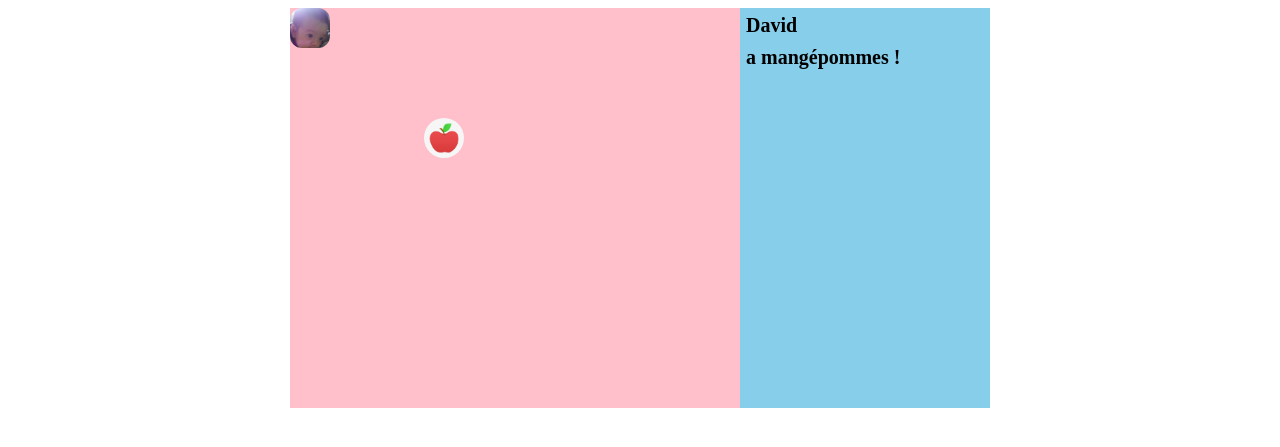
Repository: clairedupuich/kong_jian
Page: snake_game/snake.html
An editor plug-in stored every save of this project. The page is shown before and after the next save, followed by the edit.
The browser window is 1280 px wide. The pictures show the whole page.

Above is the page before, as saved 2020-12-18 15:08:49.

### snake_game/snake.html
<!DOCTYPE html>
<html lang="en">
<head>
    <meta charset="UTF-8">
    <meta name="viewport" content="width=device-width, initial-scale=1.0">
    <title>snake</title>
    <link rel='stylesheet' href='snake.css' />
</head>
<body>

    <div class="face">
        <!-- 小蛇移动的操场 -->
        <div id="playground">
            <!-- 食物 界面中的蓝色小方块-->
            <div id="food"></div>
            <!-- 小蛇 界面中的红色小方块-->
            <div id="snack"></div>
        </div>
        <!-- 计算得分 -->
        <div class="menu">
            <div>David <br> a mangé<span id="score"></span>pommes !</div>
        </div>
    </div>



    <script type='text/javascript' src='snake.js'></script>
</body>
</html>

### snake_game/snake.css
.face{
    height: 400px;
    width: 700px;
    margin-left: auto;
    margin-right: auto;
    position: relative;
    background-color: pink;
}
#playground{
    height: 400px;
    width: 450px;
    float: left;
    position: relative;
}
.menu{
    padding: 6px;
    height: 388px;
    width: 238px;
    float: left;
    background-color: skyblue;
}
#snack{
    height: 40px;
    width: 40px;
   /*  background-color: red; */
    background-image: url(img/game_snake.png);
    background-position: center;
    background-size: cover;
    border-radius: 30%;
    position: absolute;
    left: 0px;
    top:0px;
}
#food{
    height: 40px;
    width: 40px;
   /*  background: blue; */
   background-image: url(img/téléchargement.jpeg);
   border-radius: 50%;
    background-position: center;
    background-size: cover;
    position: absolute;
}
.body{
    height: 20px;
    width: 20px;
    background: green;
    border-radius: .3em;
    position: absolute;
    left: 0px;
    top:0px;
}
#score{
    font-size: 30px;
    font-weight: bold;
    color: red;
}
.menu div{
    font-size: 20px;
    font-weight: bold;
}

作者：IT程序狮
链接：https://juejin.cn/post/6844903459297181703
来源：掘金
著作权归作者所有。商业转载请联系作者获得授权，非商业转载请注明出处。

### snake_game/snake.js
//获取元素节点
var jsDiv = document.getElementById("playground");
var jsSnack = document.getElementById("snack");
var jsStart = document.getElementById("start");
var jsFood = document.getElementById("food");
var jsBody = document.getElementById("playground");
var jsScore = document.getElementById("score");
//设置全局变量
var timer;//创建定时器为全局变量
var timer1 = setInterval(eat,10);//检测位置碰撞，并且吃掉食物；
var srr = [];//记录蛇行动的位置
var num = 0 ;//记录数组的长度
var jsSnackBody ;//么米吃掉一个食物，蛇的身体

    //开始游戏
    document.onkeydown = function(e){
        var evt = e || window.event;
            switch(evt.keyCode) {
            //向左移动
            case 37:
                clearInterval(timer);
                timer=window.setInterval(runLeft,10)
                function runLeft(){
                    if (jsSnack.offsetLeft > 0) {
                        jsSnack.style.left = jsSnack.offsetLeft - 1+ "px";
                        jsSnack.style.top = jsSnack.offsetTop + "px";
                        //记录小蛇的位置
                        srr.push([jsSnack.offsetLeft, jsSnack.offsetTop]);
                        num++;//记录数组的长度
                    }
                }
            break;
            //向上移动
            case 38:
                clearInterval(timer);
                timer=window.setInterval(runTop,10);
                function runTop(){
                    if (jsSnack.offsetTop > 0) {
                        jsSnack.style.top = jsSnack.offsetTop - 1 + "px";
                        jsSnack.style.left = jsSnack.offsetLeft + "px";
                        //记录小蛇的位置
                        srr.push([jsSnack.offsetLeft, jsSnack.offsetTop]);
                        num++;//记录数组的长度
                    }
                }

            break;
            //向右移动
            case 39:
                clearInterval(timer);
                timer=window.setInterval(runRight,10);
                function runRight(){
                    if (jsSnack.offsetLeft + jsSnack.offsetWidth <= 450) {
                        jsSnack.style.left = jsSnack.offsetLeft + 1 + "px";
                        jsSnack.style.top = jsSnack.offsetTop + "px";
                        //记录小蛇的位置
                        srr.push([jsSnack.offsetLeft, jsSnack.offsetTop]);
                        num++;//记录数组的长度
                    }
                }
            break;
            //向下移动
            case 40:
                clearInterval(timer);
                timer=window.setInterval(runBottom,10);
                function runBottom(){
                    if (jsSnack.offsetTop + jsSnack.offsetHeight <= 400) {
                        jsSnack.style.top = jsSnack.offsetTop + 1 + "px";
                        jsSnack.style.left = jsSnack.offsetLeft + "px";
                        //记录小蛇的位置
                        srr.push([jsSnack.offsetLeft, jsSnack.offsetTop]);
                        num++;//记录数组的长度
                    }
                }
            break;
        }
    }

        //食物随机出现
        function Pos(){
            jsFood.style.left=parseInt(Math.random() * (430 - 20 + 1) + 20) + "px";
            jsFood.style.top=parseInt(Math.random() * (380 - 20 + 1) + 20) + "px";
        }
        Pos();

        function eat(){
            rectangleCrashExamine(jsSnack,jsFood);
            function rectangleCrashExamine(obj1, obj2) {
                var obj1Left = obj1.offsetLeft;
                var obj1Width = obj1.offsetLeft + obj1.offsetWidth;
                var obj1Top = obj1.offsetTop;
                var obj1Height = obj1.offsetTop + obj1.offsetHeight;
                var obj2Left = obj2.offsetLeft;
                var obj2Width = obj2.offsetLeft + obj2.offsetWidth;
                var obj2Top = obj2.offsetTop;
                var obj2Height = obj2.offsetTop + obj2.offsetHeight;
                //检测碰撞
                //碰撞检测原理：
                    //蛇在实物的左边、右边、上边、下边的时候，说明没有发生碰撞，那么我们取反，就说明发生碰撞
                if ( !(obj1Left > obj2Width || obj1Width < obj2Left || obj1Top > obj2Height || obj1Height < obj2Top) ) {
                    //碰撞后身体
                    jsSnackBody = document.createElement("div");
                    jsSnackBody.setAttribute("class","body");
                    jsBody.appendChild(jsSnackBody);
                    Pos();//怪物的位置随机变换
                    setInterval(follow,10);//身体跟随的定时器
                }
            }
        }


        function follow(){
            //检查一共添加了多少身体
            var bodyNum = document.getElementsByClassName("body");
            //记录得分
            jsScore.innerHTML = bodyNum.length;
            //蛇每次移动1个像素，那么新的身体应该跟随在当前数组的倒数第20个数组的位置;依次加等;
            var place = 0 ;
            for( var i = 0 ; i<bodyNum.length ; i++){
                place += 20;
                bodyNum[i].style.left=srr[num-place][0] + 'px';
                bodyNum[i].style.top=srr[num-place][1] + 'px';
            }
        }

After the next save:
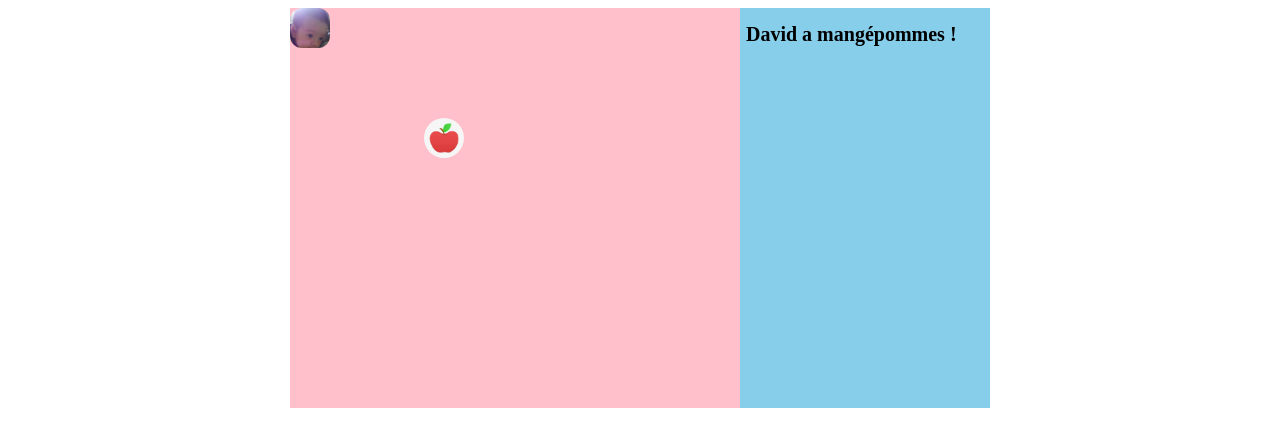
Saved 20 s later.
--- a/snake_game/snake.html
+++ b/snake_game/snake.html
@@ -18,7 +18,7 @@
         </div>
         <!-- 计算得分 -->
         <div class="menu">
-            <div>David <br> a mangé<span id="score"></span>pommes !</div>
+            <div>David a mangé<span id="score"></span>pommes !</div>
         </div>
     </div>
 
